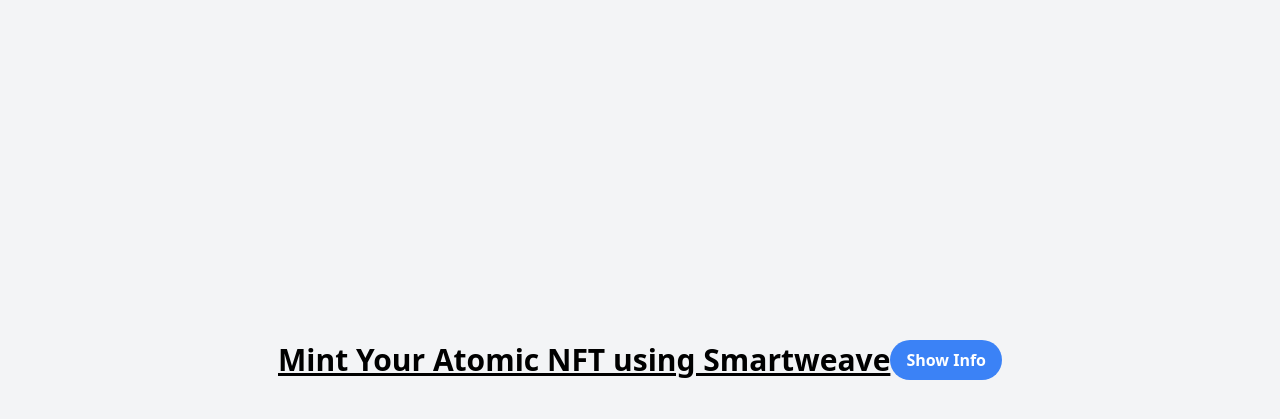
Repository: pawelpiwowarski/arweave-nft
Page: /
These files come from the project's save history. The page is drawn as it stood at one moment and after the next save; the edit follows.
The browser window is 1280 px wide. The pictures show the whole page.
The project was rebuilt for these pictures with package versions that can differ from the ones it lists, and the page was loaded fresh each time. The framework's server and built-in components were replaced by stand-ins that run in the browser.

Above is the page before, as saved 2023-01-17 15:03:03.

### pages/_app.tsx
import '../styles/globals.css'

function MyApp({ Component, pageProps }) {
    return <Component {...pageProps} />
    }

export default MyApp

### pages/index.tsx
import { useState } from "react";
import getContract from '../configureWarpClient'


function HomePage() {
 const [address, setAddress] = useState<string | null>(null);
const [img, setImg] = useState<string | null>(null);
const [res, setRes] = useState<string | null>(null);
  async function handleLogin() {

    const {transactionId, contract} = await getContract();

    setImg(`https://arweave.net/${transactionId}`)

    setAddress(await window.arweaveWallet.getActiveAddress());

    // fetch the data from local endpoint
    const response = await fetch('http://localhost:3000/api/hello', {
      method: 'GET',
      headers: {
        'Content-Type': 'application/json'
      }
    });

    const {name} = (await response.json());
    setRes(name);
  }

  return (

       //centered div and apply nice background color
    <div className="flex justify-center items-center h-screen bg-gray-100">


      <h1 className="text-3xl font-bold underline" >Mint Your Atomic NFT using Smartweave </h1>
      <div>
            <button className="bg-blue-500 hover:bg-blue-700 text-white font-bold py-2 px-4 rounded-full" onClick={handleLogin}>Show Info</button>

      { address && <h1 className="text-3xl font-bold underline" >Address: {address}</h1>}
      { img && <img src={img} />}
    </div>
    </div>

  );
}

export default HomePage;

### configureWarpClient.js
import { WarpFactory } from "warp-contracts";

const transactionId = "o9u_KYD5-Tn-VRmeNAic0kdFqrLLz0bYgMu9COr7Gk0";

let warp;
let contract;

async function getContract() {
  warp = WarpFactory.forMainnet();

  // obtain the signature from the user who is using ArConnect wallet

  await window.arweaveWallet.connect([
    "ACCESS_ADDRESS",
    "SIGN_TRANSACTION",
    "SIGNATURE",
  ]);

  contract = warp.contract(transactionId).connect("use_wallet");

  console.log("contract", contract);
  return { transactionId, contract };
}

export default getContract;

Loaded but not shown: styles/globals.css (common file); tailwind.config.js (common file)

After the next save:
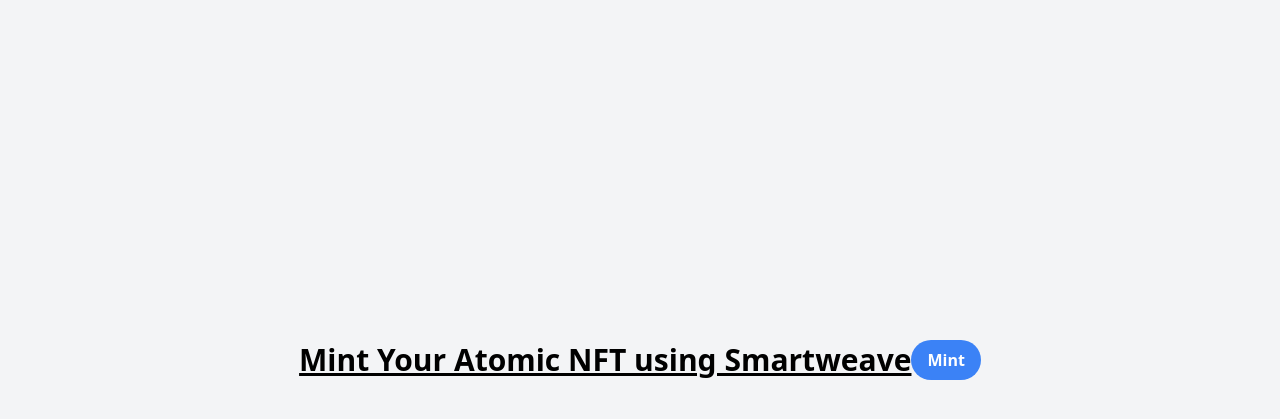
Saved 9 s later.
--- a/pages/index.tsx
+++ b/pages/index.tsx
@@ -34,7 +34,7 @@
 
       <h1 className="text-3xl font-bold underline" >Mint Your Atomic NFT using Smartweave </h1>
       <div>
-            <button className="bg-blue-500 hover:bg-blue-700 text-white font-bold py-2 px-4 rounded-full" onClick={handleLogin}>Show Info</button>
+            <button className="bg-blue-500 hover:bg-blue-700 text-white font-bold py-2 px-4 rounded-full" onClick={handleLogin}>Mint</button>
 
       { address && <h1 className="text-3xl font-bold underline" >Address: {address}</h1>}
       { img && <img src={img} />}
